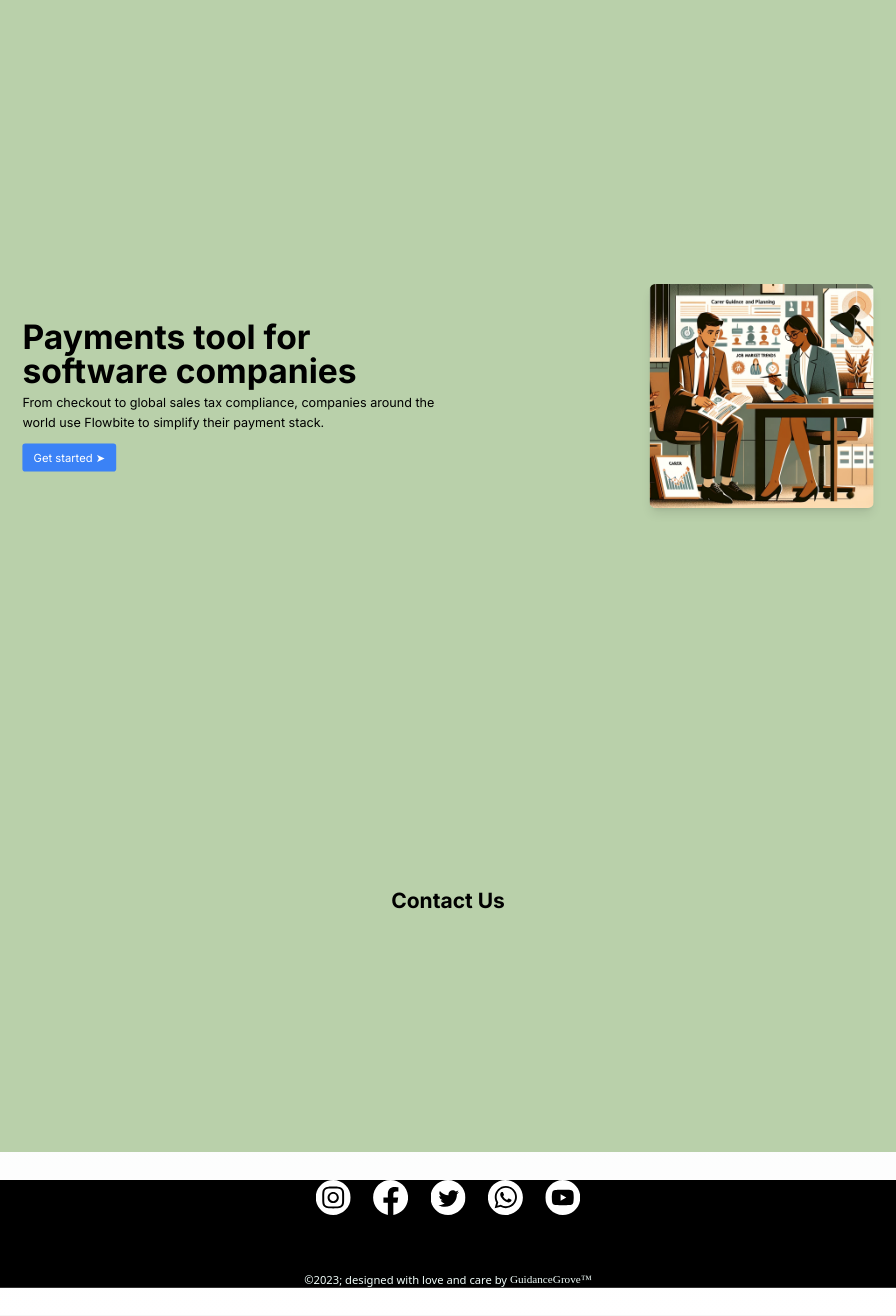
Repository: PositiveGuy/GuidanceGrove
Page: /
These files come from the project's save history. The page is drawn as it stood at one moment and after the next save; the edit follows.
The browser window is 1280 px wide. The pictures show the part of the page from y = 1954 to 3874 px (the page is 3834 px tall before and 3874 px after), at 70% of full size.
The project was rebuilt for these pictures with package versions that can differ from the ones it lists, and the page was loaded fresh each time. The framework's server and built-in components were replaced by stand-ins that run in the browser. Also part of the build but not shown: next.config.js.

Above is the page before, as saved 2023-12-28 12:01:46.

After the next save:
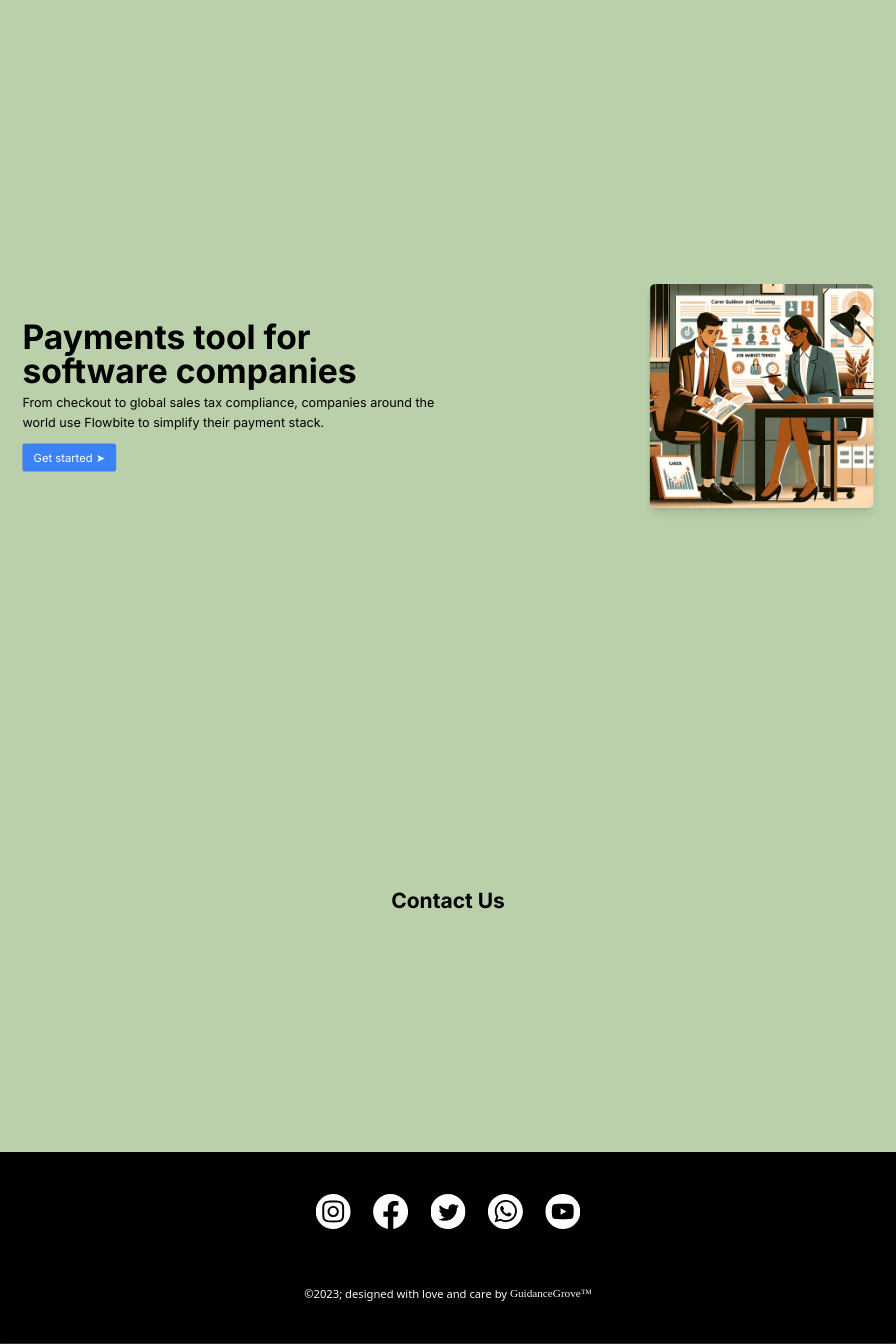
Saved 11 s later.
--- a/src/components/footer.tsx
+++ b/src/components/footer.tsx
@@ -1,13 +1,9 @@
-"use client"
-import { ThemeContext } from "@/context/ThemeContext";
 import Image from "next/image";
-import { useContext } from "react";
 
 const Footer = () => {
-  const { theme } = useContext(ThemeContext)
   return (
-    <footer className={`"p-5 bg-black shadow-inner text-center ${theme === "light" ? "text-black" : "text-slate-400"}"`}>
-      <div className="flex justify-center space-x-8 mt-10 ">
+    <footer className="p-5 bg-black shadow-inner text-center">
+      <div className="flex justify-center space-x-8 mt-10">
         {/* Placeholder for social icons */}
         <Image src={"/SVGs/ig.svg"} width={50} height={50} alt="ig"></Image>
         <Image src={"/SVGs/fb.svg"} width={50} height={50} alt="fb"></Image>
